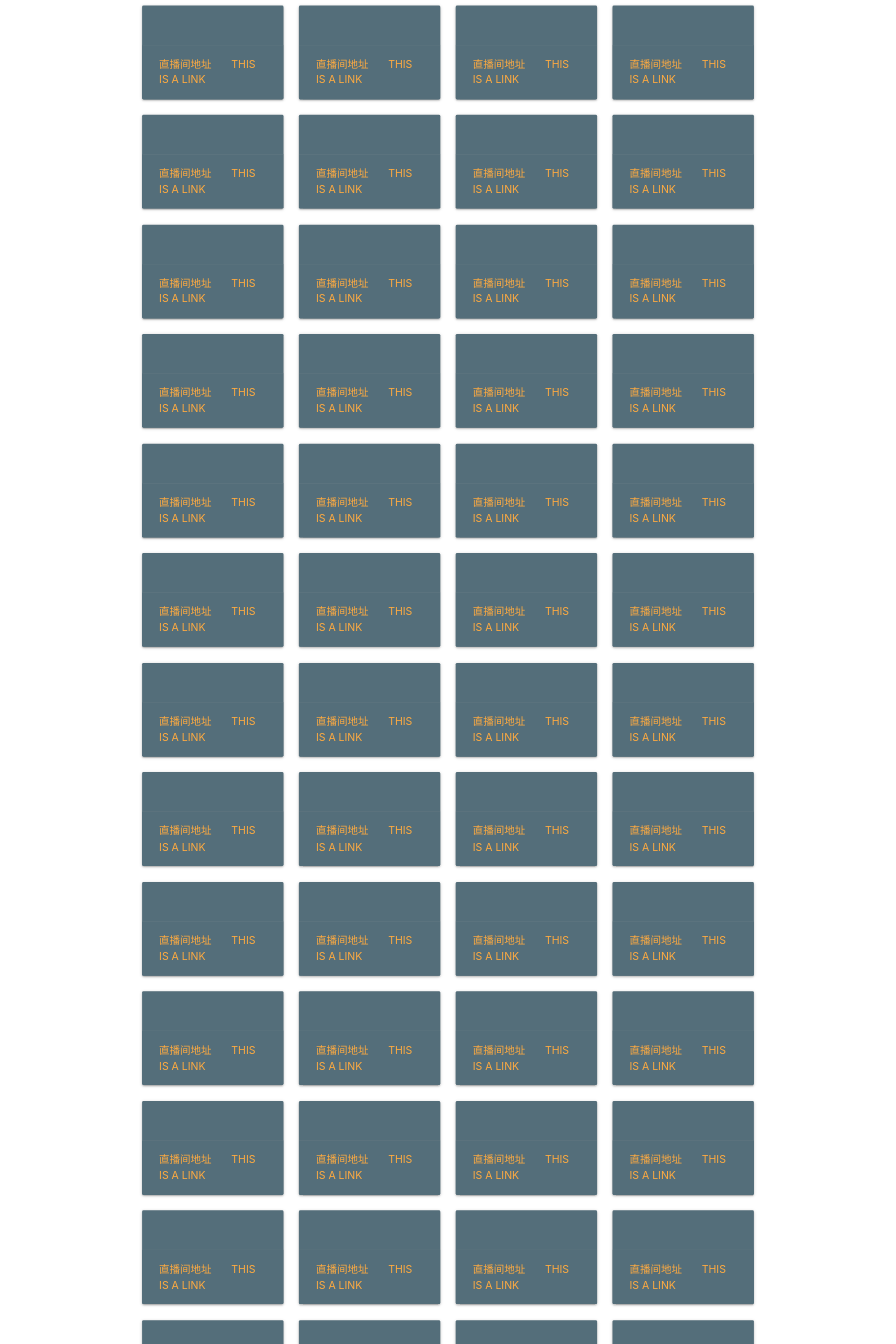
Repository: Gin1217/vueNotes
Page: firstVUE/html/rank.html
An editor plug-in stored every save of this project. The page is shown before and after the next save, followed by the edit.
The browser window is 1280 px wide. The pictures show the part of the page from y = 0 to 1920 px (the page is 3620 px tall before and 9857 px after), at 70% of full size.

Above is the page before, as saved 2021-03-21 00:25:13.

After the next save:
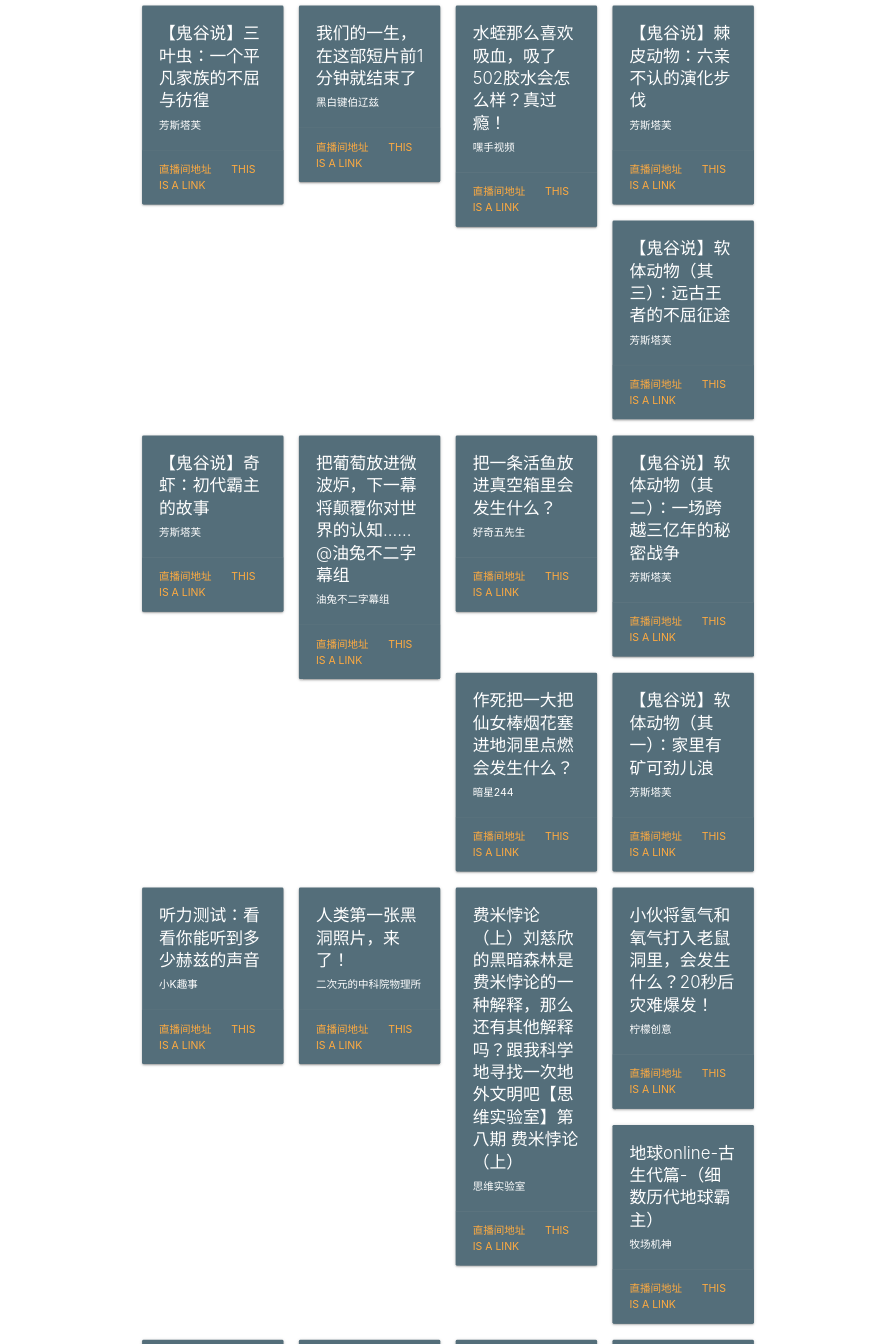
Saved 2 min 24 s later.
--- a/firstVUE/html/rank.html
+++ b/firstVUE/html/rank.html
@@ -19,9 +19,9 @@
                 <div class="col s12 m3" v-for="(rank,index) in ranks">
                     <div class="card blue-grey darken-1">
                         <div class="card-content white-text">
-                            <span class="card-title">{{ranks.title}}</span>
+                            <span class="card-title">{{rank.title}}</span>
                             <p>
-                                {{ranks.author}}
+                                {{rank.author}}
                             </p>
                         </div>
                         <div class="card-action">
